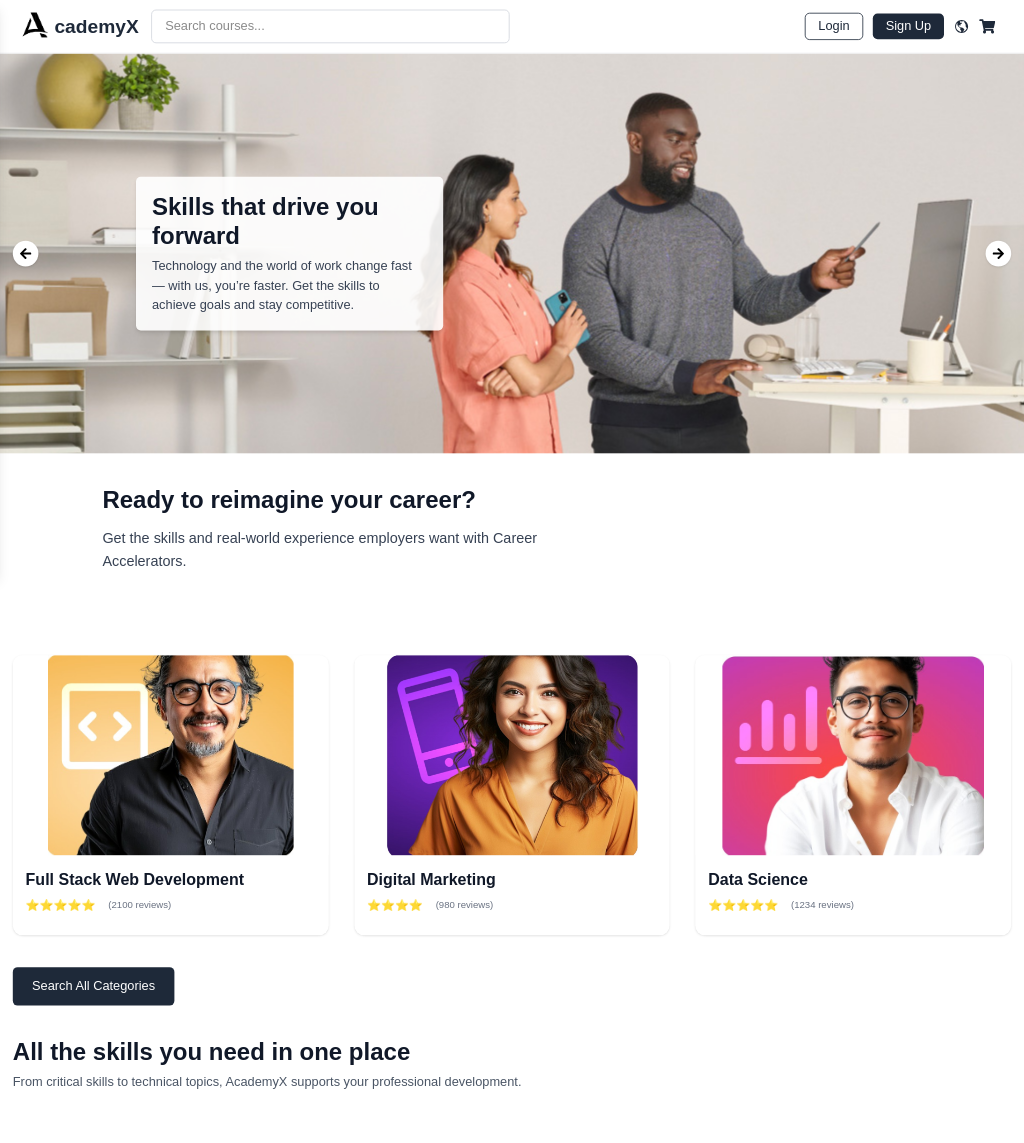
Repository: MohamedSalah54/full-stack-e-learning
Page: / (app in frontend/)
These files come from the project's save history. The page is drawn as it stood at one moment and after the next save; the edit follows.
The browser window is 1280 px wide. The pictures show the whole page, at 80% of full size.
The project was rebuilt for these pictures with package versions that can differ from the ones it lists, and the page was loaded fresh each time. The framework's server and built-in components were replaced by stand-ins that run in the browser. Also part of the build but not shown: frontend/next.config.ts.

Above is the page before, as saved 2025-06-15 15:21:31.

After the next save:
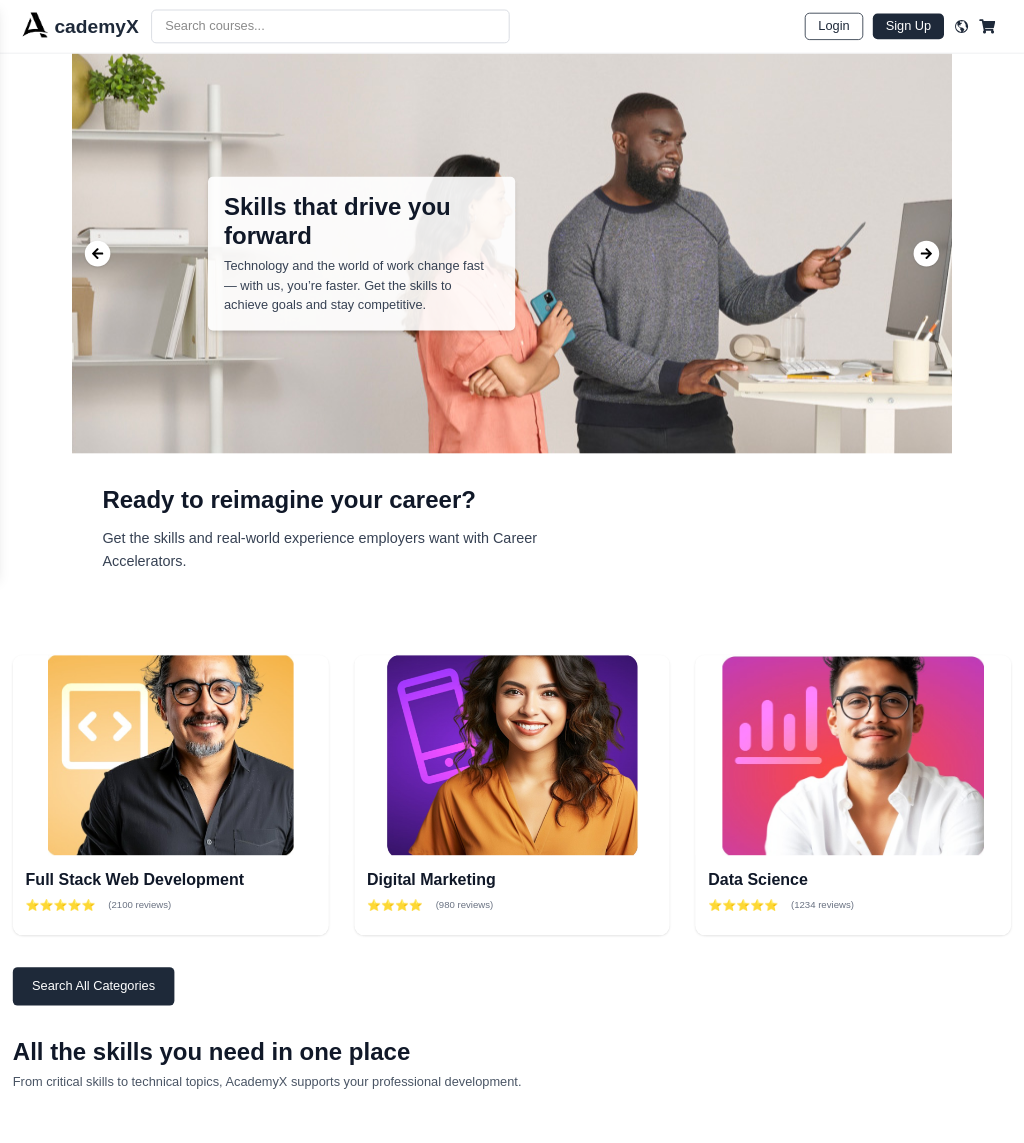
Saved 34 s later.
--- a/frontend/src/components/home/HeroBannerSlider.tsx
+++ b/frontend/src/components/home/HeroBannerSlider.tsx
@@ -22,7 +22,7 @@
       {/* Slider Section */}
       <section className="w-full relative bg-white overflow-hidden">
         {/* Wrapper for center and padding on large screens */}
-        <div className="w-full max-w-screen-xl mx-auto relative h-[300px] sm:h-[400px] md:h-[500px]">
+<div className="w-full max-w-[1100px] px-4 lg:px-8 mx-auto relative h-[300px] sm:h-[400px] md:h-[500px]">
           {slides.map((slide, index) => (
             <img
               key={index}

After the save that followed:
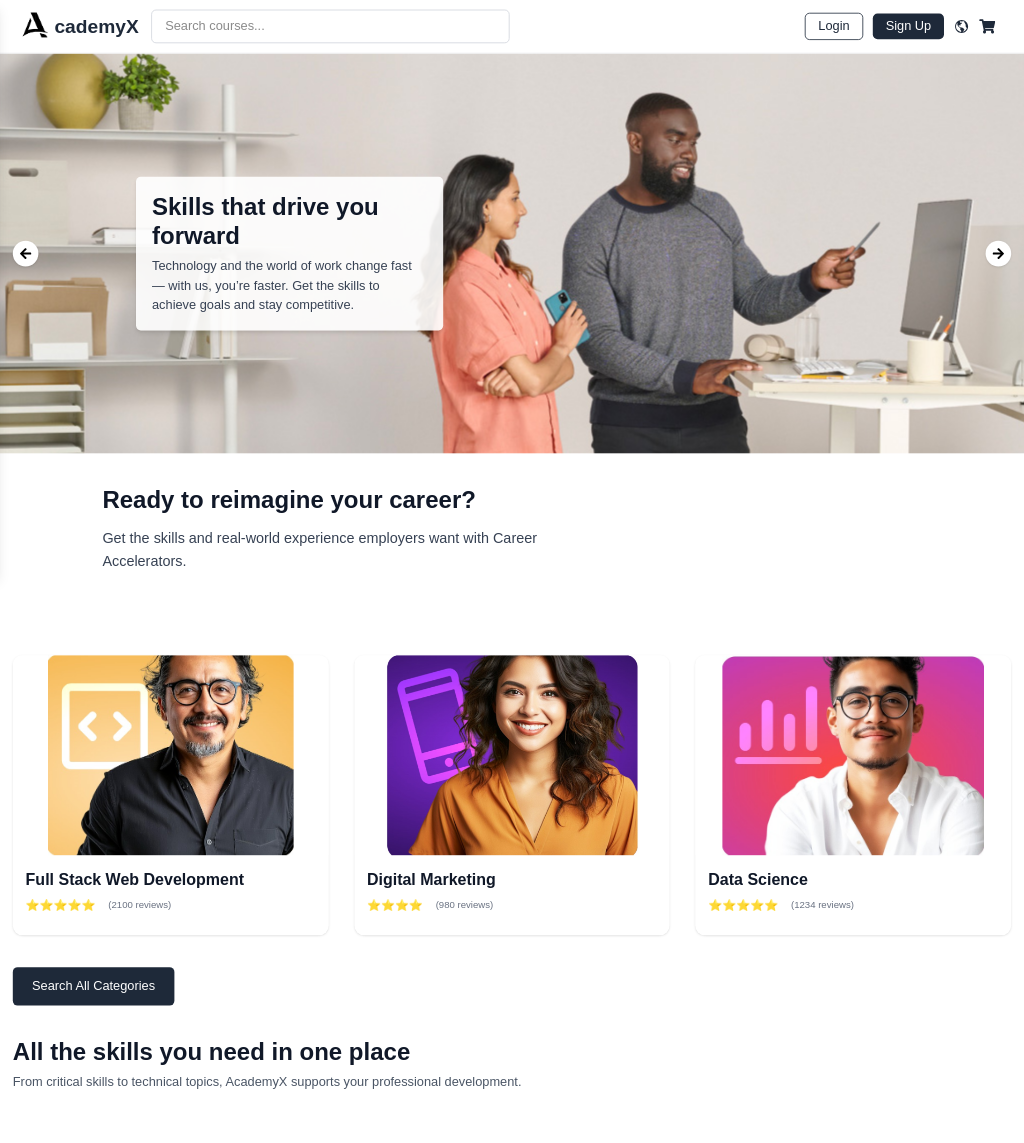
Saved 6 s later.
--- a/frontend/src/components/home/HeroBannerSlider.tsx
+++ b/frontend/src/components/home/HeroBannerSlider.tsx
@@ -22,7 +22,7 @@
       {/* Slider Section */}
       <section className="w-full relative bg-white overflow-hidden">
         {/* Wrapper for center and padding on large screens */}
-<div className="w-full max-w-[1100px] px-4 lg:px-8 mx-auto relative h-[300px] sm:h-[400px] md:h-[500px]">
+        <div className="w-full max-w-screen-xl mx-auto relative h-[300px] sm:h-[400px] md:h-[500px]">
           {slides.map((slide, index) => (
             <img
               key={index}
